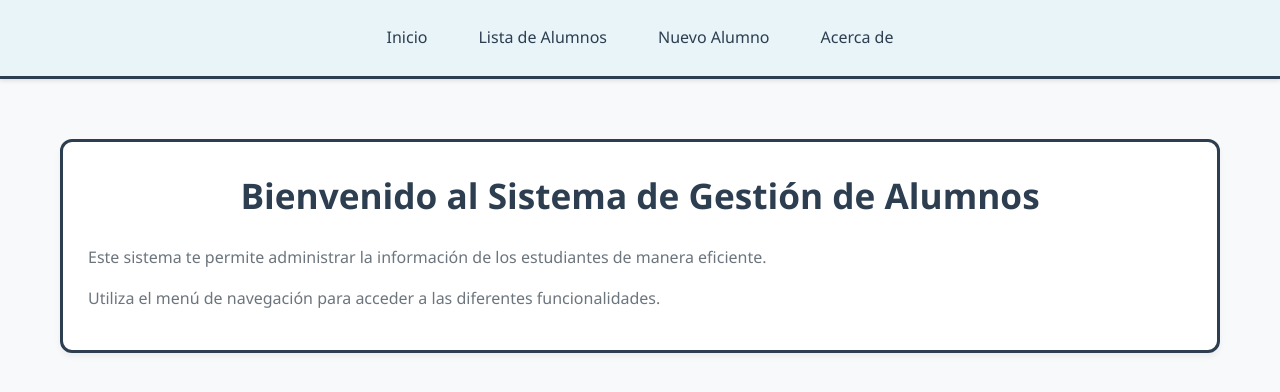
Repository: EduardTr48/pv_tp5_grupo4
Page: /
An editor plug-in stored every save of this project. The page is shown before and after the next save, followed by the edit.
The browser window is 1280 px wide. The pictures show the whole page.
The project was rebuilt for these pictures with package versions that can differ from the ones it lists, and the page was loaded fresh each time. Also part of the build but not shown: vite.config.js.

Above is the page before, as saved 2025-06-05 23:24:06.

### src/index.css
:root {
  font-family: 'Segoe UI', Tahoma, Geneva, Verdana, sans-serif;
  line-height: 1.6;
  font-weight: 400;

  /* Colores pasteles modo claro */
  --color-primary: #f8f9fa;
  --color-secondary: #e8f4f8;
  --color-accent: #d1ecf1;
  --color-border: #2c3e50;
  --color-text: #2c3e50;
  --color-text-light: #6c757d;
}

/* Modo oscuro con colores pasteles oscuros */
:root[data-theme="dark"] {
  --color-primary: #2d3748;
  --color-secondary: #4a5568;
  --color-accent: #718096;
  --color-border: #e2e8f0;
  --color-text: #f7fafc;
  --color-text-light: #cbd5e0;
}

* {
  margin: 0;
  padding: 0;
  box-sizing: border-box;
}

body {
  background-color: var(--color-primary);
  color: var(--color-text);
  font-size: 16px;
  min-height: 100vh;
}

#root {
  min-height: 100vh;
}

/* Contenedores principales */
.container {
  max-width: 1200px;
  margin: 0 auto;
  padding: 20px;
}

/* Navegación */
nav {
  background-color: var(--color-secondary);
  border-bottom: 3px solid var(--color-border);
  padding: 15px 20px;
  box-shadow: 0 2px 4px rgba(0,0,0,0.1);
  display: flex;
  justify-content: center;
  gap: 15px;
}

nav a {
  color: var(--color-text);
  text-decoration: none;
  padding: 8px 16px;
  border-radius: 6px;
  border: 2px solid transparent;
  transition: all 0.3s ease;
  font-weight: 500;
}

nav a:hover {
  background-color: var(--color-accent);
  border-color: var(--color-border);
}

/* Títulos */
h1 {
  color: var(--color-text);
  font-size: 2.2em;
  margin-bottom: 20px;
  text-align: center;
  font-weight: 600;
}

h2 {
  color: var(--color-text);
  font-size: 1.8em;
  margin-bottom: 15px;
  border-bottom: 2px solid var(--color-accent);
  padding-bottom: 8px;
}

h3 {
  color: var(--color-text);
  font-size: 1.4em;
  margin-bottom: 12px;
}

/* Párrafos */
p {
  color: var(--color-text-light);
  margin-bottom: 12px;
  line-height: 1.8;
}

/* Contenedores con bordes */
.card {
  background-color: white;
  border: 3px solid var(--color-border);
  border-radius: 12px;
  padding: 25px;
  margin: 20px 0;
  box-shadow: 0 4px 6px rgba(0,0,0,0.05);
}

/* Botones */
button {
  background-color: var(--color-secondary);
  color: var(--color-text);
  border: 3px solid var(--color-border);
  padding: 10px 20px;
  border-radius: 8px;
  cursor: pointer;
  font-size: 16px;
  font-weight: 500;
  transition: all 0.3s ease;
}

button:hover {
  background-color: var(--color-accent);
  transform: translateY(-1px);
}

/* Inputs */
input, select, textarea {
  border: 3px solid var(--color-border);
  border-radius: 6px;
  padding: 10px;
  font-size: 16px;
  background-color: white;
  color: var(--color-text);
  transition: border-color 0.3s ease;
}

input:focus, select:focus, textarea:focus {
  outline: none;
  border-color: var(--color-accent);
  box-shadow: 0 0 0 3px rgba(209, 236, 241, 0.3);
}

/* Enlaces */
a {
  color: var(--color-text);
  text-decoration: none;
}

a:hover {
  color: var(--color-text-light);
}

/* Theme toggle button */
.theme-toggle {
  position: fixed;
  top: 20px;
  right: 20px;
  background-color: var(--color-accent);
  color: var(--color-text);
  border: 3px solid var(--color-border);
  padding: 12px 16px;
  border-radius: 8px;
  cursor: pointer;
  font-size: 14px;
  font-weight: 600;
  transition: all 0.3s ease;
  z-index: 1000;
}

.theme-toggle:hover {
  transform: scale(1.05);
  box-shadow: 0 4px 8px rgba(0,0,0,0.2);
}

### src/App.jsx
import { useState } from 'react'
import { BrowserRouter as Router, Routes, Route } from 'react-router-dom';
import NavBar from './components/NavBar.jsx';

const App = () => {
  const [count, setCount] = useState(0)

  const HomePage = () => (
    <div className="container">
      <div className="card">
        <h1>Bienvenido al Sistema de Gestión de Alumnos</h1>
        <p>Este sistema te permite administrar la información de los estudiantes de manera eficiente.</p>
        <p>Utiliza el menú de navegación para acceder a las diferentes funcionalidades.</p>
      </div>
    </div>
  );

  return (
    <Router>
      <NavBar />
      <div style={{ padding: '20px' }}>
        <Routes>
          <Route path="/" element={<HomePage />} />
          <Route path="/alumnos" element={<div><h2>Lista de Alumnos</h2></div>} />
          <Route path="/alumnos/nuevo" element={<div><h2>Nuevo Alumno</h2></div>} />
          <Route path="/acerca-de" element={<div><h2>Acerca de</h2></div>} />
        </Routes>
      </div>
    </Router>
  );
};

export default App

### src/components/NavBar.jsx
import React from 'react';
import { Link } from 'react-router-dom';

const NavBar = () => {
  return (
    <nav>
      <Link to="/">Inicio</Link>
      <Link to="/alumnos">Lista de Alumnos</Link>
      <Link to="/alumnos/nuevo">Nuevo Alumno</Link>
      <Link to="/acerca-de">Acerca de</Link>
    </nav>
  );
};

export default NavBar;

Loaded but not shown: index.html (common file); src/main.jsx (common file)

After the next save:
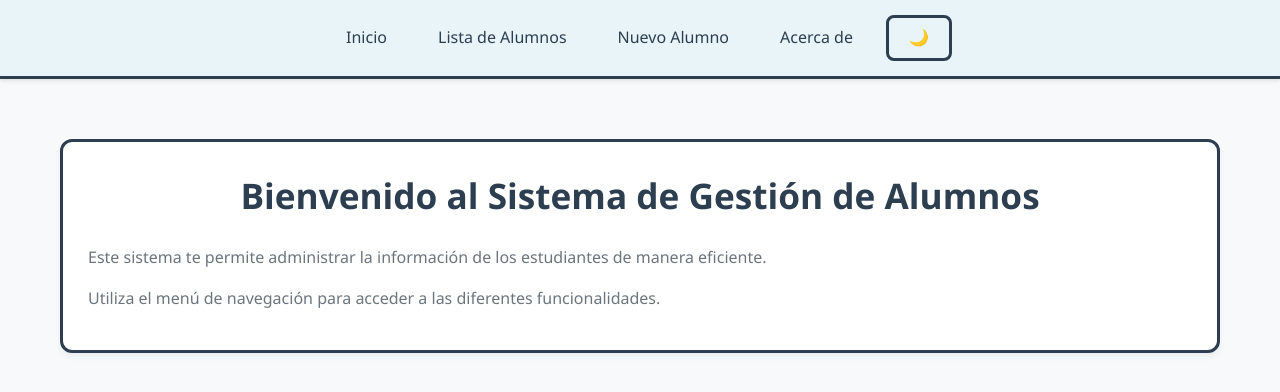
Saved 93 s later.
--- a/src/components/NavBar.jsx
+++ b/src/components/NavBar.jsx
@@ -1,13 +1,52 @@
-import React from 'react';
+import React, { useState, useEffect } from 'react';
 import { Link } from 'react-router-dom';
 
 const NavBar = () => {
+  const [isDarkMode, setIsDarkMode] = useState(false);
+
+  // Evento sintético onClick para toggle del tema
+  const handleThemeToggle = () => {
+    setIsDarkMode(prevMode => !prevMode);
+  };
+
+  // Uso de evento nativo con addEventListener en useEffect
+  useEffect(() => {
+    // Evento nativo para detectar teclas (ejemplo: 'T' para toggle tema)
+    const handleKeyPress = (event) => {
+      if (event.key === 't' || event.key === 'T') {
+        setIsDarkMode(prevMode => !prevMode);
+      }
+    };
+
+    // Agregar event listener nativo
+    document.addEventListener('keydown', handleKeyPress);
+
+    // Cleanup del event listener
+    return () => {
+      document.removeEventListener('keydown', handleKeyPress);
+    };
+  }, []);
+
+  // Aplicar el tema al documento
+  useEffect(() => {
+    document.documentElement.setAttribute('data-theme', isDarkMode ? 'dark' : 'light');
+  }, [isDarkMode]);
+
   return (
     <nav>
       <Link to="/">Inicio</Link>
       <Link to="/alumnos">Lista de Alumnos</Link>
       <Link to="/alumnos/nuevo">Nuevo Alumno</Link>
       <Link to="/acerca-de">Acerca de</Link>
+
+      {/* Botón toggle tema - evento onClick sintético */}
+      <button
+        className="theme-toggle-nav"
+        onClick={handleThemeToggle}
+        title="Cambiar tema (o presiona T)"
+      >
+        {isDarkMode ? '☀️' : '🌙'}
+      </button>
     </nav>
   );
 };
